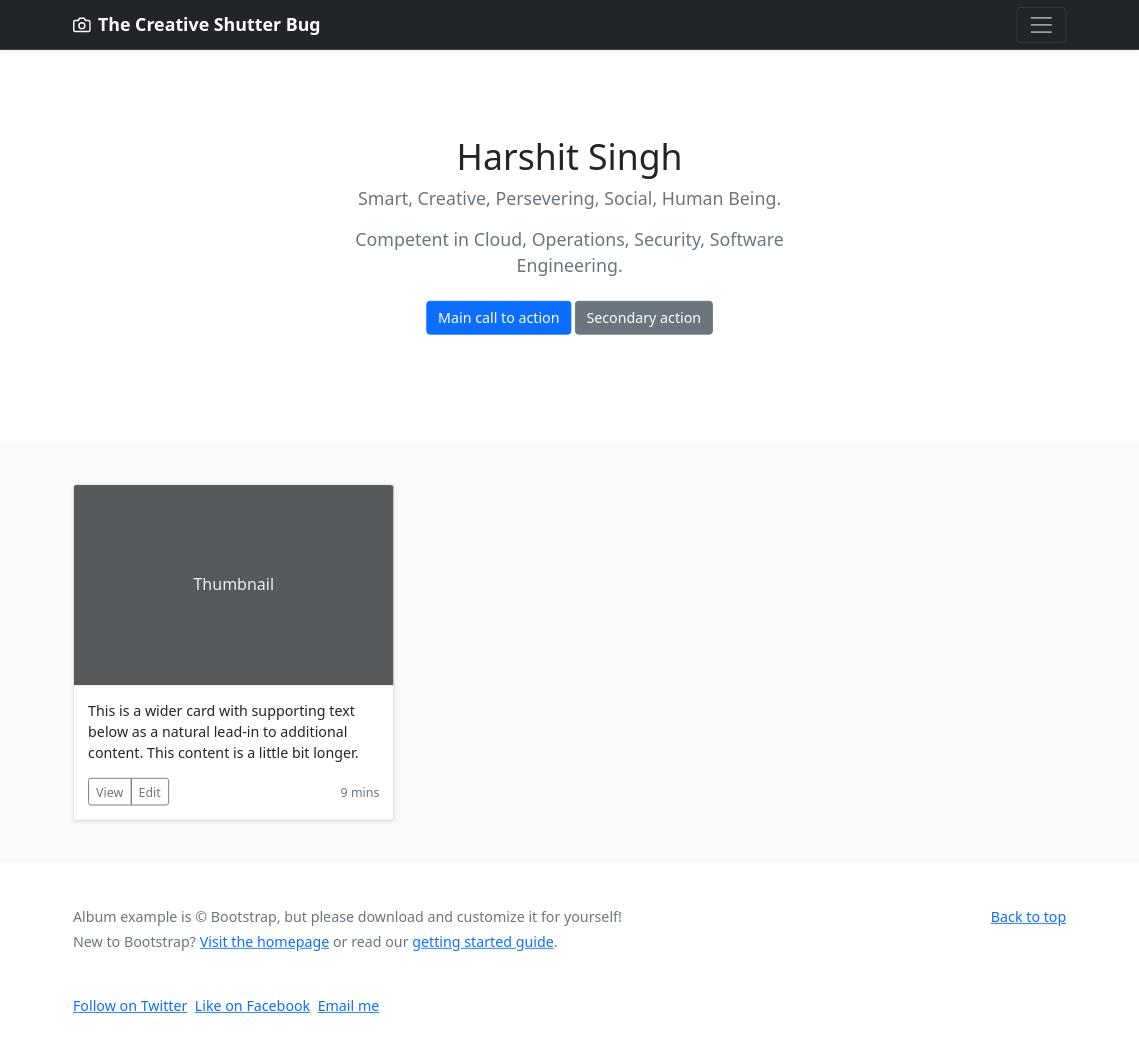
Repository: harshi93/pythonProjects
Page: http://localhost/jobs
These files come from the project's save history. The page is drawn as it stood at one moment and after the next save; the edit follows.
The browser window is 1280 px wide. The pictures show the whole page, at 89% of full size.
The page is served by the project's application, run on Django 3.2 (manage.py). Other server files are loaded and not shown.

Above is the page before, as saved 2021-07-29 23:58:26.

### portfolio/jobs/templates/experience/exp.html
<!doctype html>
<html lang="en">
  <head>
    <meta charset="utf-8">
    <meta name="viewport" content="width=device-width, initial-scale=1">
    <meta name="description" content="">
    <meta name="author" content="Mark Otto, Jacob Thornton, and Bootstrap contributors">
    <meta name="generator" content="Hugo 0.84.0">
    <title>The Creative Shutter Bug </title>

    <link rel="canonical" href="https://getbootstrap.com/docs/5.0/examples/album/">



    <!-- Bootstrap core CSS -->
    <link href="https://cdn.jsdelivr.net/npm/bootstrap@5.0.2/dist/css/bootstrap.min.css" rel="stylesheet" integrity="sha384-EVSTQN3/azprG1Anm3QDgpJLIm9Nao0Yz1ztcQTwFspd3yD65VohhpuuCOmLASjC" crossorigin="anonymous">
    <!-- Favicons -->
<link rel="apple-touch-icon" href="/docs/5.0/assets/img/favicons/apple-touch-icon.png" sizes="180x180">
<link rel="icon" href="/docs/5.0/assets/img/favicons/favicon-32x32.png" sizes="32x32" type="image/png">
<link rel="icon" href="/docs/5.0/assets/img/favicons/favicon-16x16.png" sizes="16x16" type="image/png">
<link rel="manifest" href="/docs/5.0/assets/img/favicons/manifest.json">
<link rel="mask-icon" href="/docs/5.0/assets/img/favicons/safari-pinned-tab.svg" color="#7952b3">
<link rel="icon" href="/docs/5.0/assets/img/favicons/favicon.ico">
<meta name="theme-color" content="#7952b3">


    <style>
      .bd-placeholder-img {
        font-size: 1.125rem;
        text-anchor: middle;
        -webkit-user-select: none;
        -moz-user-select: none;
        user-select: none;
      }

      @media (min-width: 768px) {
        .bd-placeholder-img-lg {
          font-size: 3.5rem;
        }
      }
    </style>


  </head>
  <body>

<header>
  <div class="collapse bg-dark" id="navbarHeader">
    <div class="container">
      <div class="row">
        <div class="col-sm-8 col-md-7 py-4">
          <h4 class="text-white">About</h4>
          <p class="text-muted">Add some information about the album below, the author, or any other background context. Make it a few sentences long so folks can pick up some informative tidbits. Then, link them off to some social networking sites or contact information.</p>
        </div>

      </div>
    </div>
  </div>
  <div class="navbar navbar-dark bg-dark shadow-sm">
    <div class="container">
      <a href="#" class="navbar-brand d-flex align-items-center">
        <svg xmlns="http://www.w3.org/2000/svg" width="20" height="20" fill="none" stroke="currentColor" stroke-linecap="round" stroke-linejoin="round" stroke-width="2" aria-hidden="true" class="me-2" viewBox="0 0 24 24"><path d="M23 19a2 2 0 0 1-2 2H3a2 2 0 0 1-2-2V8a2 2 0 0 1 2-2h4l2-3h6l2 3h4a2 2 0 0 1 2 2z"/><circle cx="12" cy="13" r="4"/></svg>
        <strong>The Creative Shutter Bug</strong>
      </a>
      <button class="navbar-toggler" type="button" data-bs-toggle="collapse" data-bs-target="#navbarHeader" aria-controls="navbarHeader" aria-expanded="false" aria-label="Toggle navigation">
        <span class="navbar-toggler-icon"></span>
      </button>
    </div>
  </div>
</header>

<main>

  <section class="py-5 text-center container">
    <div class="row py-lg-5">
      <div class="col-lg-6 col-md-8 mx-auto">
        <h1 class="fw-light">Harshit Singh</h1>
        <p class="lead text-muted">Smart, Creative, Persevering, Social, Human Being.</p>
        <p class="lead text-muted"> Competent in Cloud, Operations, Security, Software Engineering.</p>
        <p>
          <a href="#" class="btn btn-primary my-2">Main call to action</a>
          <a href="#" class="btn btn-secondary my-2">Secondary action</a>
        </p>
      </div>
    </div>
  </section>

  <div class="album py-5 bg-light">
    <div class="container">

      <div class="row row-cols-1 row-cols-sm-2 row-cols-md-3 g-3">
        <div class="col">
          <div class="card shadow-sm">
            <svg class="bd-placeholder-img card-img-top" width="100%" height="225" xmlns="http://www.w3.org/2000/svg" role="img" aria-label="Placeholder: Thumbnail" preserveAspectRatio="xMidYMid slice" focusable="false"><title>Placeholder</title><rect width="100%" height="100%" fill="#55595c"/><text x="50%" y="50%" fill="#eceeef" dy=".3em">Thumbnail</text></svg>

            <div class="card-body">
              <p class="card-text">This is a wider card with supporting text below as a natural lead-in to additional content. This content is a little bit longer.</p>
              <div class="d-flex justify-content-between align-items-center">
                <div class="btn-group">
                  <button type="button" class="btn btn-sm btn-outline-secondary">View</button>
                  <button type="button" class="btn btn-sm btn-outline-secondary">Edit</button>
                </div>
                <small class="text-muted">9 mins</small>
              </div>
            </div>
          </div>
        </div>
      </div>
    </div>
  </div>

</main>

<footer class="text-muted py-5">
  <div class="container">
    <p class="float-end mb-1">
      <a href="#">Back to top</a>
    </p>
    <p class="mb-1">Album example is &copy; Bootstrap, but please download and customize it for yourself!</p>
    <p class="mb-0">New to Bootstrap? <a href="/">Visit the homepage</a> or read our <a href="/docs/5.0/getting-started/introduction/">getting started guide</a>.</p><br/><br/>
    <a href="#" class="text-black">Follow on Twitter</a>&nbsp;
    <a href="#" class="text-black">Like on Facebook</a>&nbsp;
    <a href="#" class="text-black">Email me</a>
  </div>
</footer>


<script src="https://cdn.jsdelivr.net/npm/bootstrap@5.0.2/dist/js/bootstrap.bundle.min.js" integrity="sha384-MrcW6ZMFYlzcLA8Nl+NtUVF0sA7MsXsP1UyJoMp4YLEuNSfAP+JcXn/tWtIaxVXM" crossorigin="anonymous"></script>

  </body>
</html>

### portfolio/jobs/views.py
from django.shortcuts import render
from .models import Job

# Create your views here.
def experience(request):
    jobs = Job.objects
    return render(request, 'experience/exp.html', {'jobs':jobs})

### portfolio/portfolio/urls.py
"""portfolio URL Configuration

The `urlpatterns` list routes URLs to views. For more information please see:
    https://docs.djangoproject.com/en/3.0/topics/http/urls/
Examples:
Function views
    1. Add an import:  from my_app import views
    2. Add a URL to urlpatterns:  path('', views.home, name='home')
Class-based views
    1. Add an import:  from other_app.views import Home
    2. Add a URL to urlpatterns:  path('', Home.as_view(), name='home')
Including another URLconf
    1. Import the include() function: from django.urls import include, path
    2. Add a URL to urlpatterns:  path('blog/', include('blog.urls'))
"""
from django.contrib import admin
from django.urls import path
import jobs.views

urlpatterns = [
    path('admin/', admin.site.urls),
    path('jobs', jobs.views.experience, name='experience'),
]

After the next save:
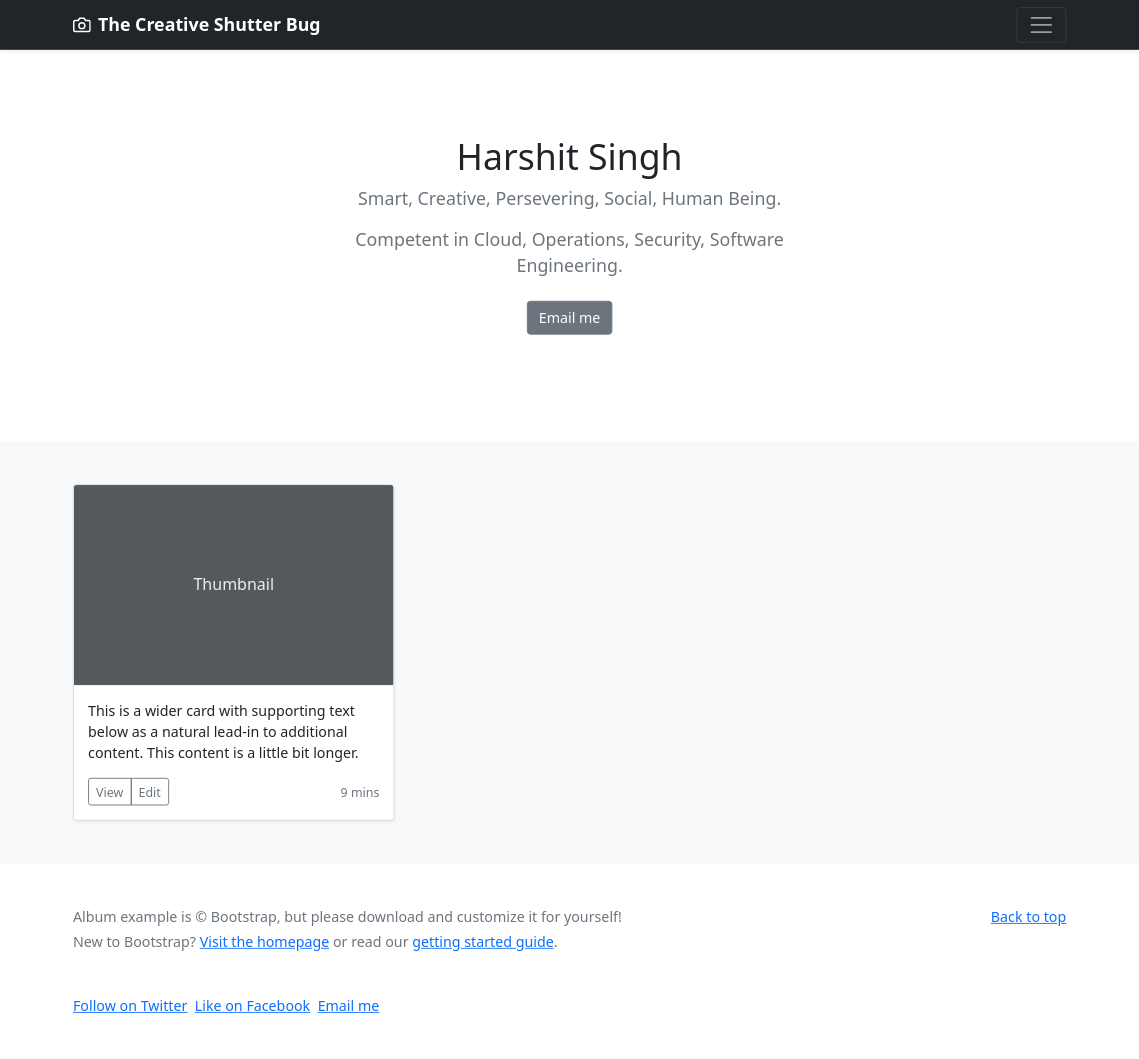
Saved 87 s later.
--- a/portfolio/jobs/templates/experience/exp.html
+++ b/portfolio/jobs/templates/experience/exp.html
@@ -78,8 +78,7 @@
         <p class="lead text-muted">Smart, Creative, Persevering, Social, Human Being.</p>
         <p class="lead text-muted"> Competent in Cloud, Operations, Security, Software Engineering.</p>
         <p>
-          <a href="#" class="btn btn-primary my-2">Main call to action</a>
-          <a href="#" class="btn btn-secondary my-2">Secondary action</a>
+          <a href="mailto:singhharshit.4674@gmail.com" class="btn btn-secondary my-2">Email me</a>
         </p>
       </div>
     </div>
